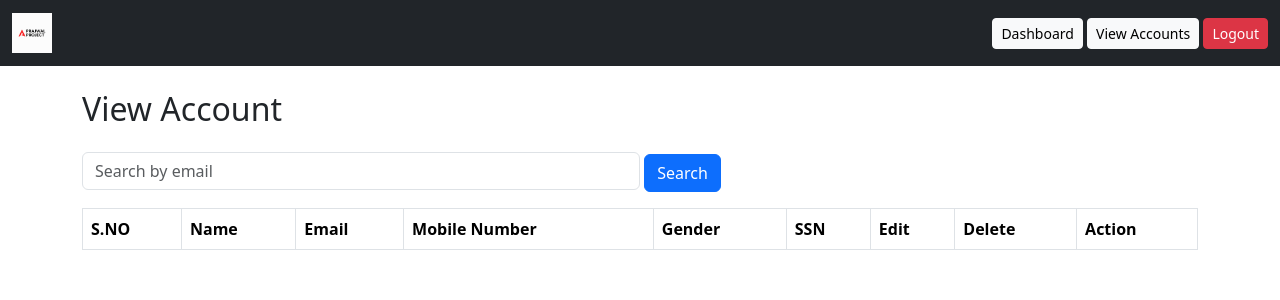
Repository: PRAJWALSINKAR/Spring_boot_Major_Projects
Page: http://localhost/view-caseworkers
These files come from the project's save history. The page is drawn as it stood at one moment and after the next save; the edit follows.
The browser window is 1280 px wide. The pictures show the whole page.
The page is this project's Thymeleaf template; nobody is signed in. The template is opened directly, without the code that normally fills it, so the values that code supplies are empty.

Above is the page before, as saved 2025-08-06 18:40:43.

### IES-Integrated_Eligibility_system/src/main/resources/templates/view-caseworkers.html
<!DOCTYPE html>
<html xmlns:th="http://www.thymeleaf.org">
<head>
    <title>View Caseworkers</title>
    <link rel="stylesheet" href="https://cdn.jsdelivr.net/npm/bootstrap@5.3.2/dist/css/bootstrap.min.css"/>
</head>
<body>
<nav class="navbar navbar-expand-lg navbar-dark bg-dark mb-4">
    <div class="container-fluid">
        <a class="navbar-brand" href="#">
            <img th:src="@{/images/myName-Logo.png}" alt="Logo" width="40" height="40"/>
        </a>
        <div class="ms-auto">
            <a href="/dashboard" class="btn btn-light btn-sm">Dashboard</a>
            <a th:href="@{/caseworker/view}" class="btn btn-light btn-sm">View Accounts</a>
            <a href="/logout" class="btn btn-danger btn-sm">Logout</a>
        </div>
    </div>
</nav>

<div class="container mt-4">
    <h2 class="mb-4">View Account</h2>

    <form method="get" th:action="@{/caseworker/view}" class="mb-3">
        <input type="text" name="email" placeholder="Search by email" class="form-control w-50 d-inline"/>
        <button type="submit" class="btn btn-primary">Search</button>
    </form>

    <table class="table table-bordered table-striped">
        <thead>
            <tr>
                <th>S.NO</th>
                <th>Name</th>
                <th>Email</th>
                <th>Mobile Number</th>
                <th>Gender</th>
                <th>SSN</th>
                <th>Edit</th>
                <th>Delete</th>
                <th>Action</th>
            </tr>
        </thead>
        <tbody>
            <tr th:each="worker, iterStat : ${caseworkers}">
                <td th:text="${iterStat.count}"></td>
                <td th:text="${worker.name}"></td>
                <td th:text="${worker.email}"></td>
                <td th:text="${worker.phoneNumber}"></td>
                <td th:text="${worker.gender}"></td>
                <td th:text="${worker.ssn}"></td>
                <td>
                    <a th:href="@{'/caseworker/edit/' + ${worker.id}}" class="btn btn-primary btn-sm">
                        ✏️
                    </a>
                </td>
                <td>
                    <a th:href="@{'/caseworker/delete/' + ${worker.id}}" class="btn btn-danger btn-sm"
                       onclick="return confirm('Are you sure you want to permanently delete this caseworker?');">
                        🗑
                    </a>
                </td>
                <td>
                    <a th:if="${worker.accStatus == 'ACTIVE'}"
                       th:href="@{'/caseworker/toggle-status/' + ${worker.id}}"
                       class="btn btn-danger btn-sm">❌</a>

                    <a th:if="${worker.accStatus != 'ACTIVE'}"
                       th:href="@{'/caseworker/toggle-status/' + ${worker.id}}"
                       class="btn btn-success btn-sm">✅</a>
                </td>
            </tr>
        </tbody>
    </table>
</div>
</body>
</html>

After the next save:
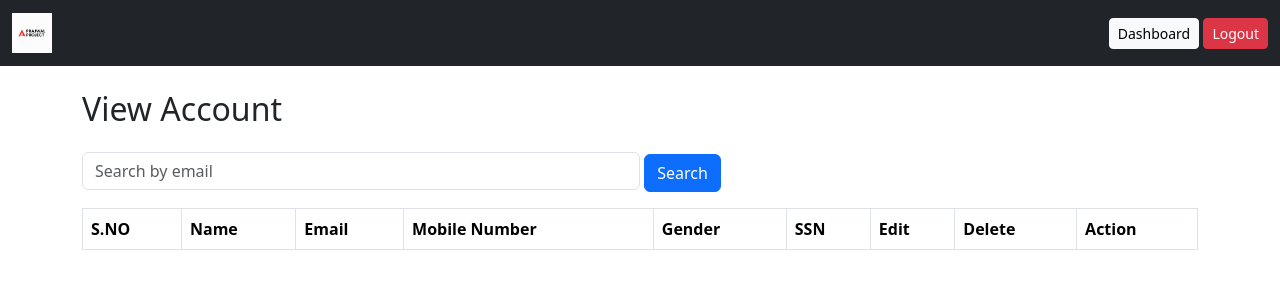
Saved 11 s later.
--- a/IES-Integrated_Eligibility_system/src/main/resources/templates/view-caseworkers.html
+++ b/IES-Integrated_Eligibility_system/src/main/resources/templates/view-caseworkers.html
@@ -12,7 +12,6 @@
         </a>
         <div class="ms-auto">
             <a href="/dashboard" class="btn btn-light btn-sm">Dashboard</a>
-            <a th:href="@{/caseworker/view}" class="btn btn-light btn-sm">View Accounts</a>
             <a href="/logout" class="btn btn-danger btn-sm">Logout</a>
         </div>
     </div>
